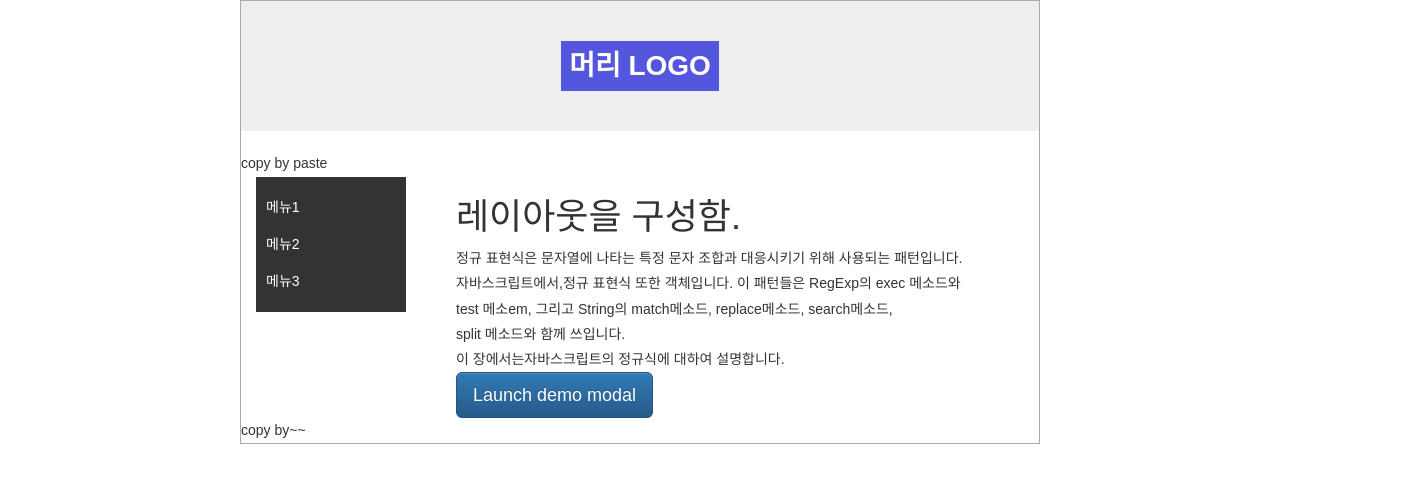
Repository: yoojisoo/YONSAI
Page: http://localhost/teatJava/
These files come from the project's save history. The page is drawn as it stood at one moment and after the next save; the edit follows.
The browser window is 1280 px wide. The page is 1411 px wide, so the pictures cover 1411 px, including what lies to the right of the window. The pictures show the whole page.
The page is served by Tomcat 9.

Above is the page before, as saved 2021-08-23 06:31:08.

### jsworkspace/teatJava/src/main/webapp/index.jsp
<%@ page language="java" contentType="text/html; charset=UTF-8"
	pageEncoding="UTF-8"%>
<!DOCTYPE html>
<html>
<head>
<meta charset="UTF-8">
<title>웹 페이지 레이아웃</title>
<script src="js/jquery-3.6.0.js"></script>

<!-- 합쳐지고 최소화된 최신 CSS -->
<link rel="stylesheet"
	href="https://maxcdn.bootstrapcdn.com/bootstrap/3.3.2/css/bootstrap.min.css">

<!-- 부가적인 테마 -->
<link rel="stylesheet"
	href="https://maxcdn.bootstrapcdn.com/bootstrap/3.3.2/css/bootstrap-theme.min.css">

<!-- 합쳐지고 최소화된 최신 자바스크립트 -->
<script
	src="https://maxcdn.bootstrapcdn.com/bootstrap/3.3.2/js/bootstrap.min.js"></script>

<style>
body {
	font: 14px/1.8 Arial, Helvetica, sans-serif;
}

.frame {
	width: 800px;
	margin: 0 auto;
	border: 1px solid #aaa;
}

.header {
	padding: 40px 10px;
	text-align: center;
	background: #eee;
	margin-bottom: 20px;
}

.logo {
	font-size: 2em;
	font-weight: bold;
	background: #5457de;
	color: #fff;
	display: inline-block;
	padding: 0 8px;
}

.container {
	overflow: hidden;
}

.nav {
	float: left;
	width: 150px;
	background: #333;
	color: #fff;
	margin-right: 50px;
}

.nav-list {
	list-style: none;
	margin: 0;
	padding: 10px 0;
}

.nav-item {
	margin: 4px 0;
}

.nav-link {
	display: block;
	text-decoration: none;
	color: #fff;
	padding: 4px 10px;
}

.nav-link:hover {
	background: #5457de;
}

.content {
	float: left;
	width: 600px;
}

.footer {
	text-align: center;
	border-top: 1px solid #aaa;
	margin: 20px 20px 0;
	font-size: 12px;
}
</style>
</head>
<body>
	<div class="frame">
		<jsp:include page="include/header.jsp"></jsp:include>
		<div class="container">
			<div class="nav">
				<ul class="nav-list">
					<li class="nav-item"><a href="#" class="nav-link">메뉴1</a></li>
					<li class="nav-item"><a href="#" class="nav-link">메뉴2</a></li>
					<li class="nav-item"><a href="#" class="nav-link">메뉴3</a></li>
				</ul>
			</div>
			<div class="content">
				<h1>레이아웃을 구성함.</h1>
				<div>정규 표현식은 문자열에 나타는 특정 문자 조합과 대응시키기 위해 사용되는 패턴입니다.<br>
				자바스크립트에서,정규 표현식 또한 객체입니다. 이 패턴들은 RegExp의 exec 메소드와<br>
				test 메소em, 그리고 String의 match메소드, replace메소드, search메소드,<br>
				split 메소드와 함께 쓰입니다.<br>
				이 장에서는자바스크립트의 정규식에 대하여 설명합니다.</div>
			<!-- Button trigger modal -->
			<button type="button" class="btn btn-primary btn-lg"
				data-toggle="modal" data-target="#myModal">Launch demo	modal</button>
			<!-- 모 -->
			</div>

			<!-- Modal -->
			<div class="modal fade" id="myModal" tabindex="-1" role="dialog"
				aria-labelledby="myModalLabel" aria-hidden="true">
				<div class="modal-dialog">
					<div class="modal-content">
						<div class="modal-header">
							<button type="button" class="close" data-dismiss="modal"
								aria-label="Close">
								<span aria-hidden="true">&times;</span>
							</button>
							<h4 class="modal-title" id="myModalLabel">제목</h4>
						</div>
						<div class="modal-body">내용 내용</div>
						<div class="modal-footer">
							<button type="button" class="btn btn-default"
								data-dismiss="modal">Close</button>
							<button type="button" class="btn btn-primary">Save
								changes</button>
						</div>
					</div>
				</div>
			</div>
		</div>
		<jsp:include page="include/foot.jsp"></jsp:include>
	</div>
</body>
</html>

### jsworkspace/teatJava/src/main/webapp/include/header.jsp

<div class = "header"><span class="logo">머리 LOGO</span></div>
<%@ page language="java" contentType="text/html; charset=UTF-8"
    pageEncoding="UTF-8"%>

<div class = "foot">
   copy by paste
</div>

### jsworkspace/teatJava/src/main/webapp/include/foot.jsp
<%@ page language="java" contentType="text/html; charset=UTF-8"
    pageEncoding="UTF-8"%>
				<div class="foot">
				copy by~~
				</div>

Loaded but not shown: jsworkspace/teatJava/src/main/webapp/js/jquery-3.6.0.js (library)

After the next save:
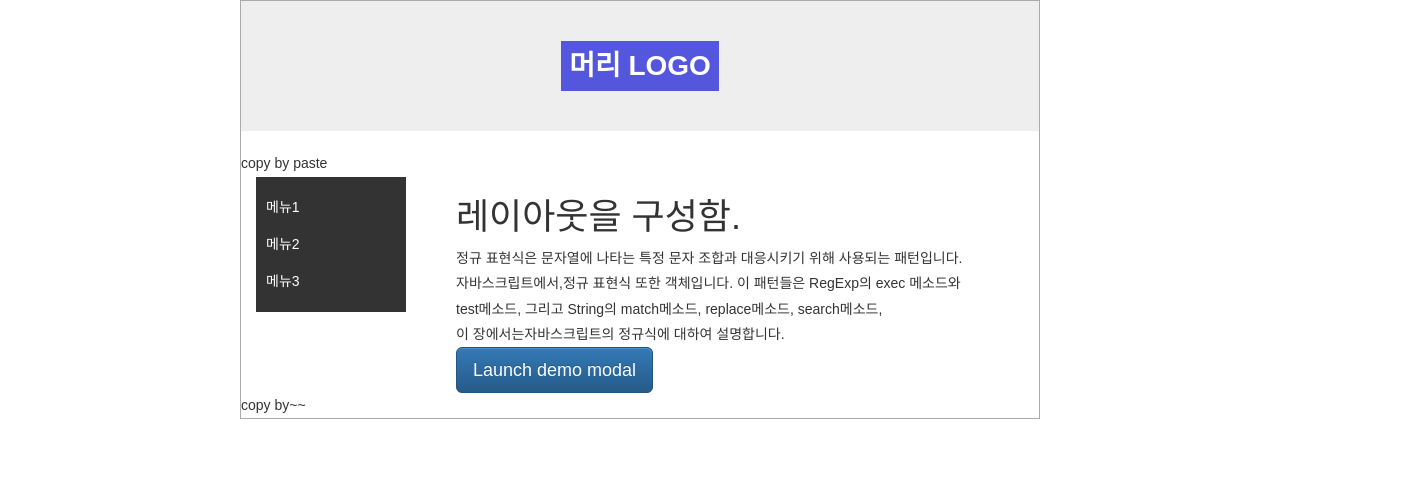
Saved 37 s later.
--- a/jsworkspace/teatJava/src/main/webapp/index.jsp
+++ b/jsworkspace/teatJava/src/main/webapp/index.jsp
@@ -107,8 +107,7 @@ body {
 				<h1>레이아웃을 구성함.</h1>
 				<div>정규 표현식은 문자열에 나타는 특정 문자 조합과 대응시키기 위해 사용되는 패턴입니다.<br>
 				자바스크립트에서,정규 표현식 또한 객체입니다. 이 패턴들은 RegExp의 exec 메소드와<br>
-				test 메소em, 그리고 String의 match메소드, replace메소드, search메소드,<br>
-				split 메소드와 함께 쓰입니다.<br>
+				test메소드, 그리고 String의 match메소드, replace메소드, search메소드,<br>
 				이 장에서는자바스크립트의 정규식에 대하여 설명합니다.</div>
 			<!-- Button trigger modal -->
 			<button type="button" class="btn btn-primary btn-lg"
